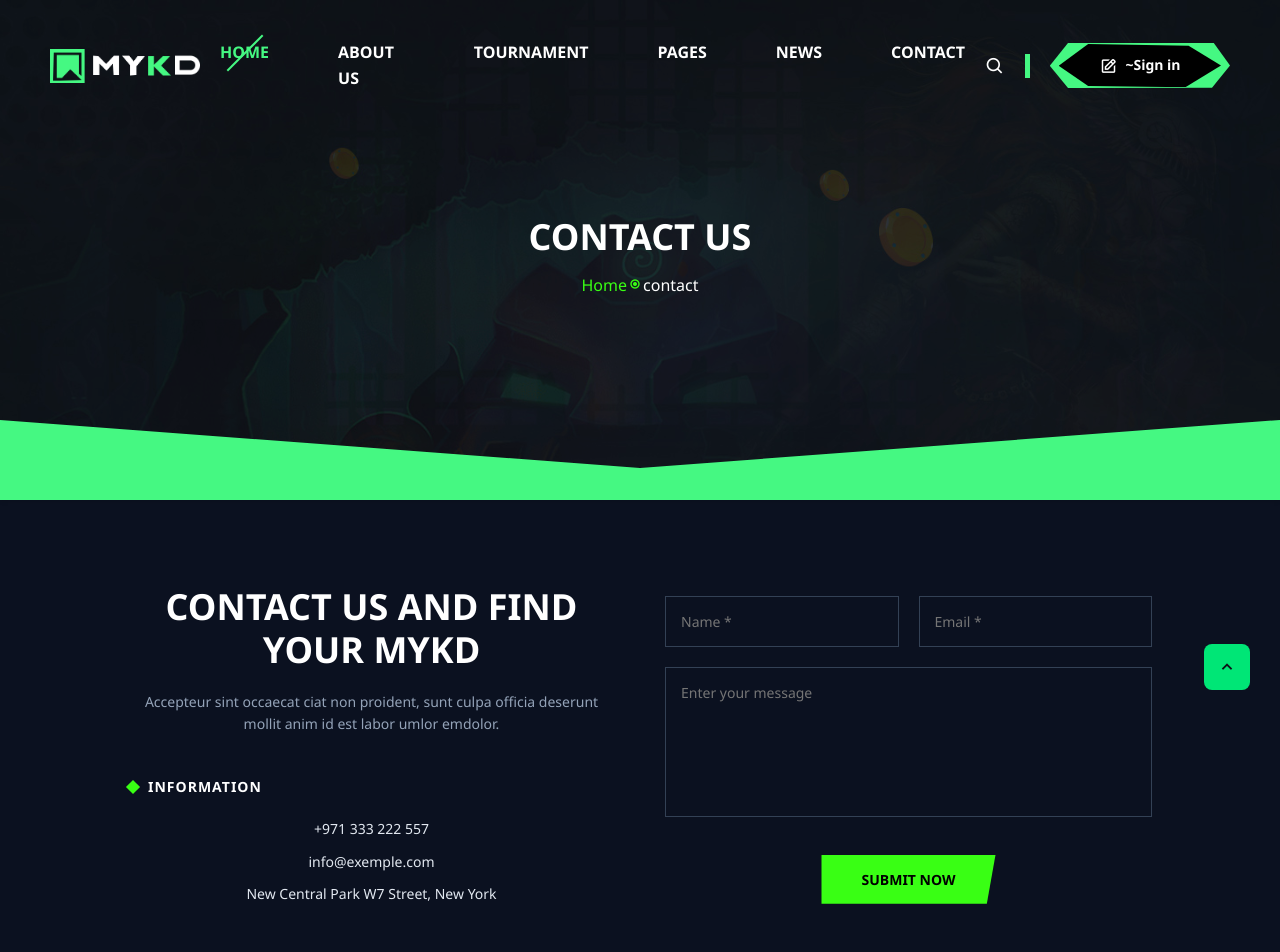
Repository: elfahl52/-MYKD-eSport-and-Gaming
Page: contact.html
These files come from the project's save history. The page is drawn as it stood at one moment and after the next save; the edit follows.
The browser window is 1280 px wide. The pictures show the part of the page from y = 0 to 952 px (the page is 1882 px tall).
Some web fonts or font styles are not loaded; a fallback is used.

Above is the page before, as saved 2026-06-11 08:32:42.

After the next save:
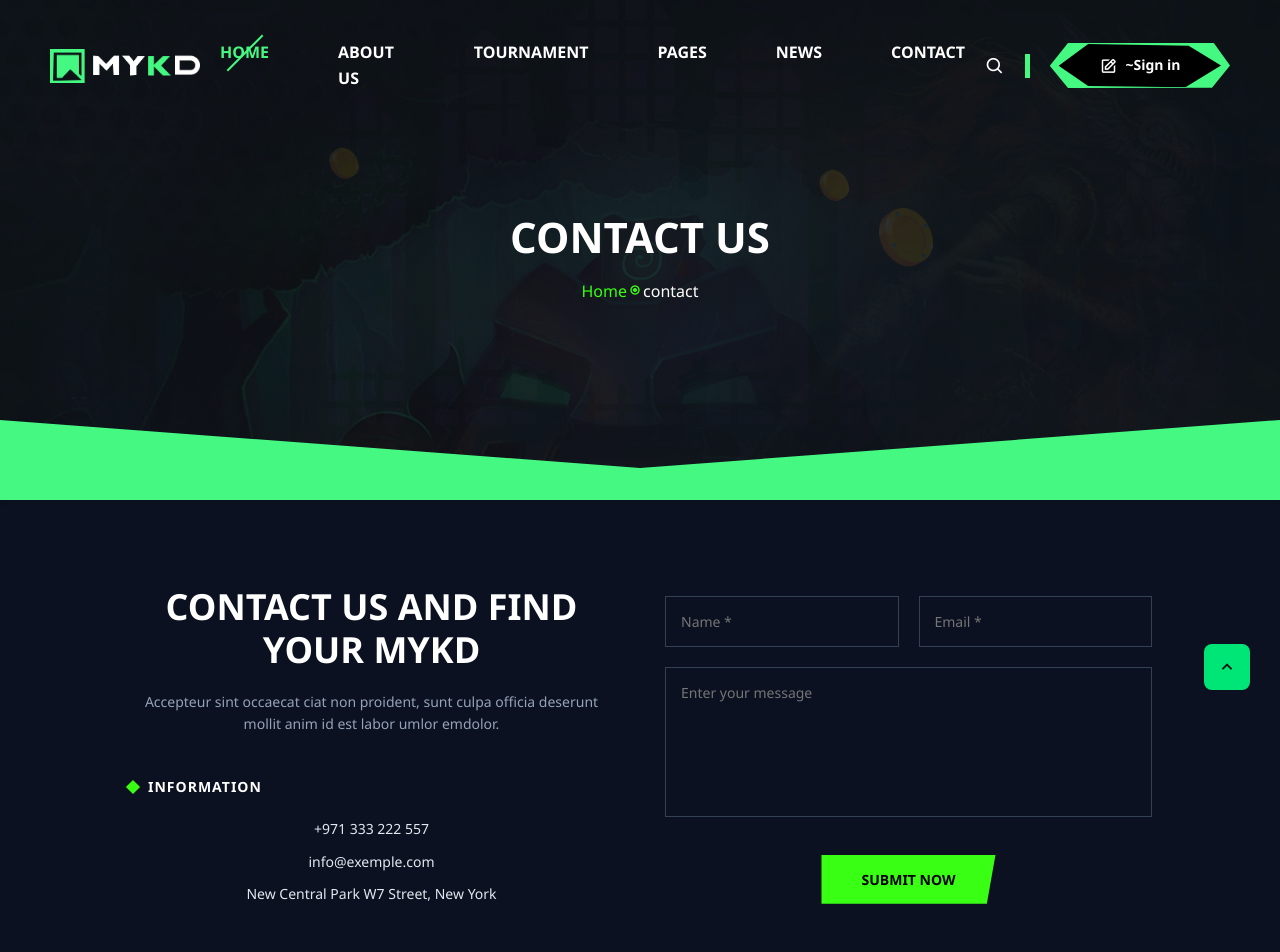
Saved 6 s later.
--- a/css/contact.css
+++ b/css/contact.css
@@ -27,7 +27,7 @@ header .content {
 }
 header .content b {
   text-transform: uppercase;
-  font-size: 36px;
+  font-size: 42px;
   line-height: 2;
 }
 header .content p {
